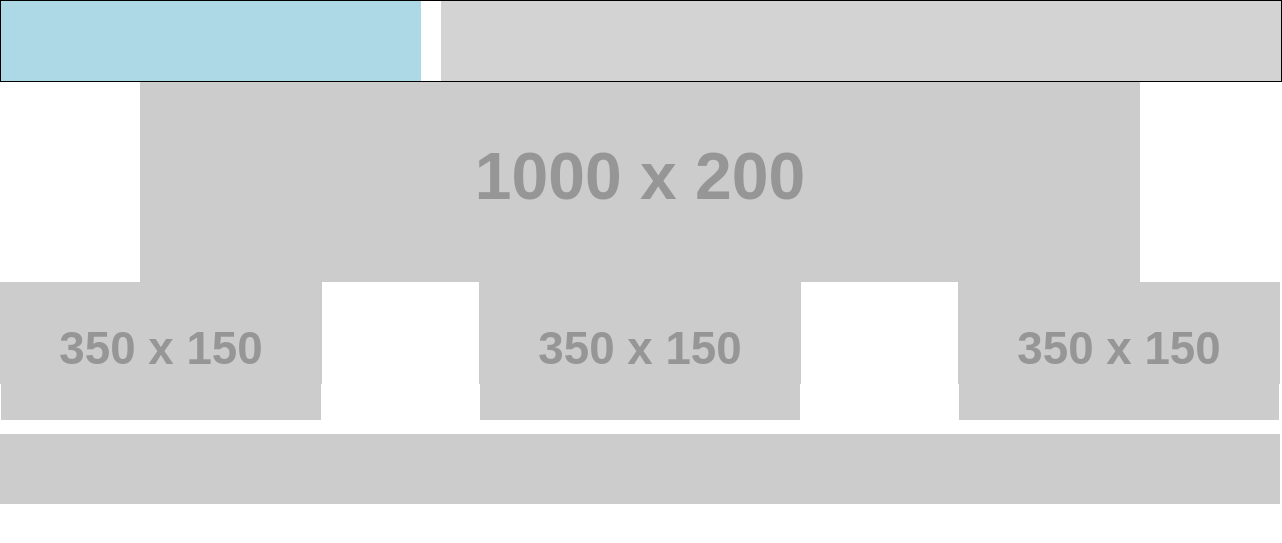
Repository: punitbathija/Placement-Assitance-iNeuron
Page: responsive-web-design.html
An editor plug-in stored every save of this project. The page is shown before and after the next save, followed by the edit.
The browser window is 1280 px wide. The page is 1282 px wide, so the pictures cover 1282 px, including what lies to the right of the window. The pictures show the whole page.

Above is the page before, as saved 2023-05-23 15:19:58.

### responsive-web-design.html
<!DOCTYPE html>
<html>
  <head>
    <title>Responsive Design Layout with Flexbox</title>
    <style>
      body {
        margin: 0;
        padding: 0;
        font-family: sans-serif;
      }

      .container {
        display: flex;
        flex-direction: column;
        min-height: 100vh;
      }

      .nav {
        display: flex;
        justify-content: space-between;
        align-items: center;
        width: 100%;
        border: 1px solid black;
        gap: 20px;
      }

      .nav-left {
        background-color: lightblue;
        flex-grow: 1;
        height: 5rem;
      }

      .nav-right {
        background-color: lightgrey;
        flex-grow: 2;
        height: 5rem;
      }

      .hero {
        background-color: #fff;
        height: 200px;
        text-align: center;
      }

      .hero-text {
        font-size: 3em;
        margin-top: 50px;
      }

      .slider {
        display: flex;
        flex-wrap: wrap;
        justify-content: space-between;
        margin-bottom: 50px;
      }

      .slider-item {
        width: 25%;
        height: 100px;
        border: 1px solid #ccc;
      }

      .footer {
        background-color: #ccc;
        height: 50px;
        text-align: center;
        padding: 10px;
      }

      .hero img {
        max-width: 100%;
      }

      .slider-item img {
        max-width: 100%;
      }
    </style>
  </head>
  <body>
    <div class="container">
      <div class="nav">
        <div class="nav-left"></div>
        <div class="nav-right"></div>
      </div>
      <div class="hero">
        <img src="https://via.placeholder.com/1000x200" alt="Hero Image" />
      </div>
      <div class="slider">
        <div class="slider-item">
          <img src="https://via.placeholder.com/350x150" alt="Image 1" />
        </div>
        <div class="slider-item">
          <img src="https://via.placeholder.com/350x150" alt="Image 2" />
        </div>
        <div class="slider-item">
          <img src="https://via.placeholder.com/350x150" alt="Image 3" />
        </div>
      </div>
      <div class="footer"></div>
    </div>
  </body>
</html>

After the next save:
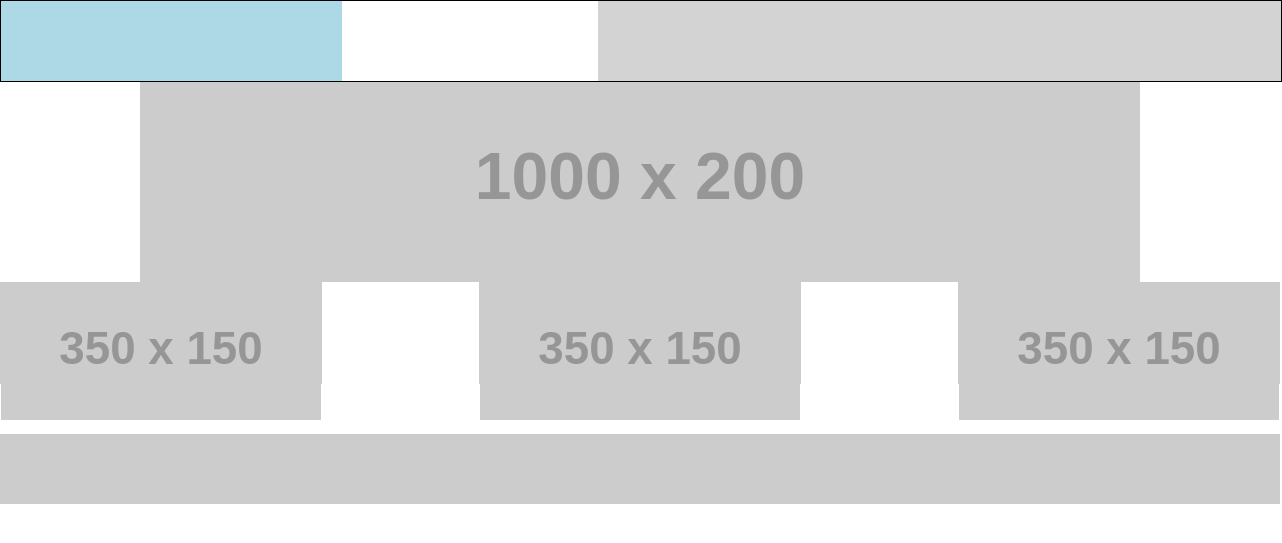
Saved 21 s later.
--- a/responsive-web-design.html
+++ b/responsive-web-design.html
@@ -21,7 +21,7 @@
         align-items: center;
         width: 100%;
         border: 1px solid black;
-        gap: 20px;
+        gap: 20%;
       }
 
       .nav-left {
